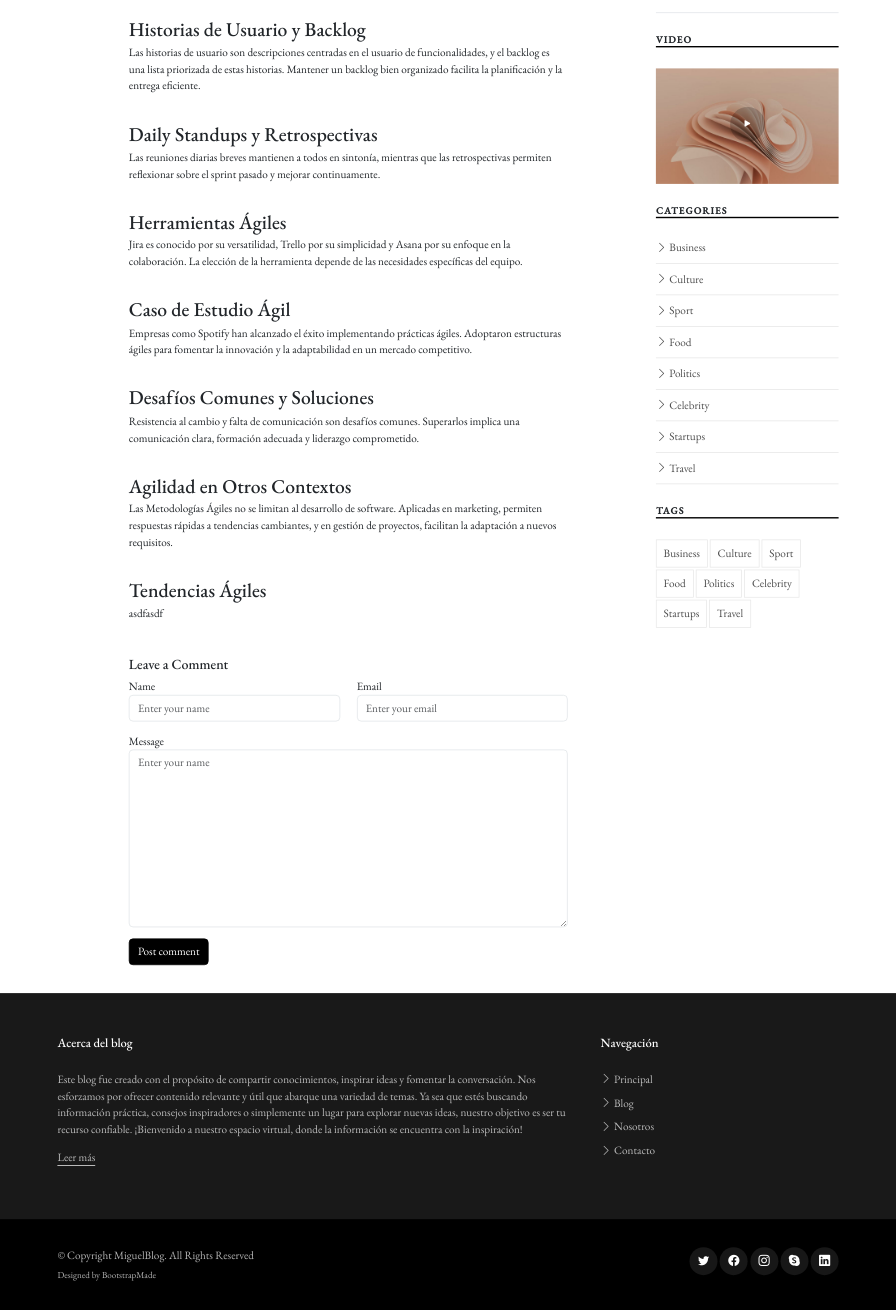
Repository: MiguelDev5/blog-miguel
Page: ma-post.html
These files come from the project's save history. The page is drawn as it stood at one moment and after the next save; the edit follows.
The browser window is 1280 px wide. The pictures show the part of the page from y = 1144 to 3064 px (the page is 3016 px tall before and 3064 px after), at 70% of full size.
Some web fonts or font styles are not loaded; a fallback is used.

Above is the page before, as saved 2024-01-01 14:12:34.

After the next save:
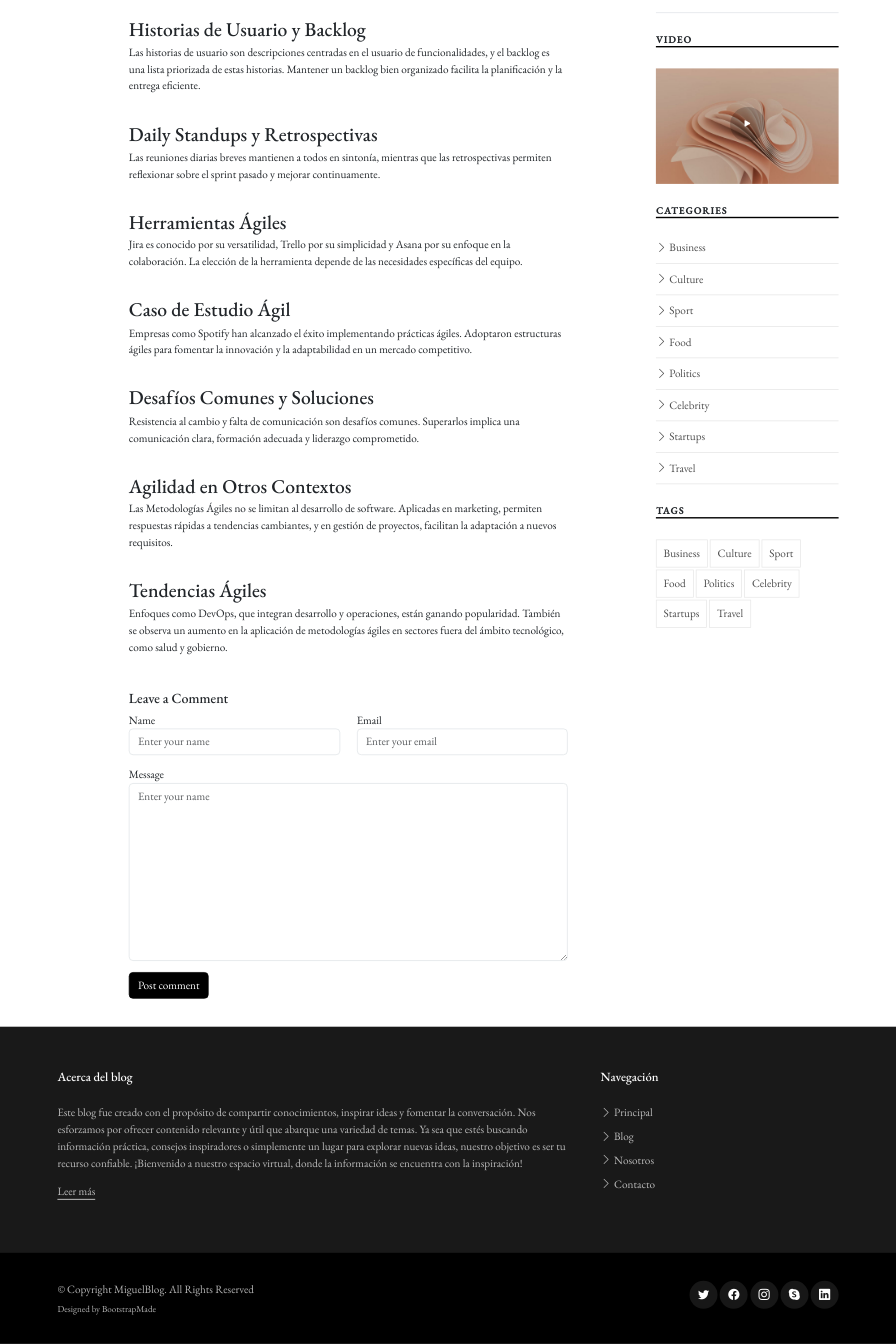
Saved 10 s later.
--- a/ma-post.html
+++ b/ma-post.html
@@ -135,9 +135,7 @@
 
               <br/>
               <h3 class="mb-1">Tendencias Ágiles</h3>
-              <p>asdfasdf</p>
-
-
+              <p>Enfoques como DevOps, que integran desarrollo y operaciones, están ganando popularidad. También se observa un aumento en la aplicación de metodologías ágiles en sectores fuera del ámbito tecnológico, como salud y gobierno.</p>
 
             <!-- ======= Comments Form ======= -->
             <div class="row justify-content-center mt-5">
